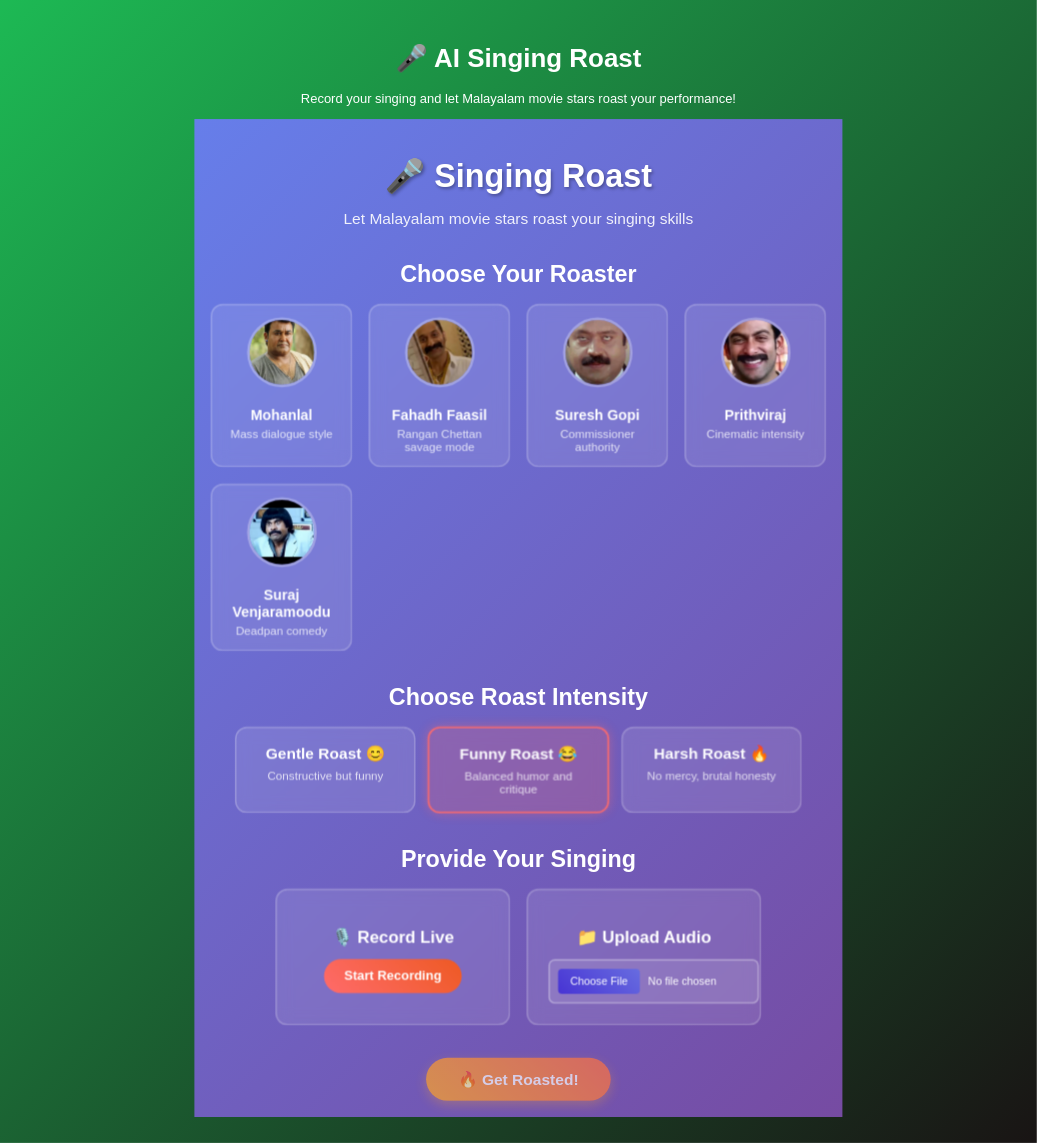
Repository: ashlin311/useless_project_team_gosh
Page: / (app in react-app/)
An editor plug-in stored every save of this project. The page is shown before and after the next save, followed by the edit.
The browser window is 1280 px wide. The pictures show the whole page, at 81% of full size.
The page's requests for data from a server got no answer. The project was rebuilt for these pictures with package versions that can differ from the ones it lists, and the page was loaded fresh each time. No one was signed in, and anything a server would have sent is missing.

Above is the page before, as saved 2025-08-10 10:31:59.

### react-app/public/index.html
<!DOCTYPE html>
<html lang="en">
  <head>
    <meta charset="utf-8" />
    <link rel="icon" href="%PUBLIC_URL%/favicon.ico" />
    <meta name="viewport" content="width=device-width, initial-scale=1" />
    <meta name="theme-color" content="#000000" />
    <meta
      name="description"
      content="Mollywoodify - Let Malayalam cinema stars roast your music taste! AI-powered roasts by Mohanlal, Fahadh Faasil, and more."
    />
    <link rel="apple-touch-icon" href="%PUBLIC_URL%/logo192.png" />
    <!--
      manifest.json provides metadata used when your web app is installed on a
      user's mobile device or desktop. See https://developers.google.com/web/fundamentals/web-app-manifest/
    -->
    <link rel="manifest" href="%PUBLIC_URL%/manifest.json" />
    <!--
      Notice the use of %PUBLIC_URL% in the tags above.
      It will be replaced with the URL of the `public` folder during the build.
      Only files inside the `public` folder can be referenced from the HTML.

      Unlike "/favicon.ico" or "favicon.ico", "%PUBLIC_URL%/favicon.ico" will
      work correctly both with client-side routing and a non-root public URL.
      Learn how to configure a non-root public URL by running `npm run build`.
    -->
    <title>Mollywoodify - Malayalam Stars Roast Your Music</title>
  </head>
  <body>
    <noscript>You need to enable JavaScript to run this app.</noscript>
    <div id="root"></div>
    <!--
      This HTML file is a template.
      If you open it directly in the browser, you will see an empty page.

      You can add webfonts, meta tags, or analytics to this file.
      The build step will place the bundled scripts into the <body> tag.

      To begin the development, run `npm start` or `yarn start`.
      To create a production bundle, use `npm run build` or `yarn build`.
    -->
  </body>
</html>

### react-app/src/components/AudioRoastPage.js
import React, { useState, useRef } from 'react';
import './AudioRoastPage.css';
import AudioDebugHelper from './AudioDebugHelper';

// Import actor images
import mohanlalImg from '../images/mohanlal.webp';
import fahadhImg from '../images/fafa.jpg';
import sureshImg from '../images/suresh.jpeg';
import prithivrajImg from '../images/prithivi.jpg';
import surajImg from '../images/suraj.jpg';

// Import the new audio roasting service
import { generateAudioRoast } from '../services/geminiService';

const AudioRoastPage = ({ onBack }) => {
  const [selectedActor, setSelectedActor] = useState(null);
  const [severity, setSeverity] = useState('funny');
  const [audioFile, setAudioFile] = useState(null);
  const [recording, setRecording] = useState(false);
  const [roastResult, setRoastResult] = useState(null);
  const [loading, setLoading] = useState(false);
  const mediaRecorderRef = useRef(null);
  const audioChunksRef = useRef([]);

  const actors = [
    { id: 'mohanlal', name: 'Mohanlal', image: mohanlalImg, description: 'Mass dialogue style' },
    { id: 'fahadh', name: 'Fahadh Faasil', image: fahadhImg, description: 'Rangan Chettan savage mode' },
    { id: 'suresh', name: 'Suresh Gopi', image: sureshImg, description: 'Commissioner authority' },
    { id: 'prithivraj', name: 'Prithviraj', image: prithivrajImg, description: 'Cinematic intensity' },
    { id: 'suraj', name: 'Suraj Venjaramoodu', image: surajImg, description: 'Deadpan comedy' }
  ];

  const severityOptions = [
    { value: 'gentle', label: 'Gentle Roast 😊', description: 'Constructive but funny' },
    { value: 'funny', label: 'Funny Roast 😂', description: 'Balanced humor and critique' },
    { value: 'harsh', label: 'Harsh Roast 🔥', description: 'No mercy, brutal honesty' }
  ];

  const startRecording = async () => {
    try {
      console.log('🎤 Requesting microphone access...');
      const stream = await navigator.mediaDevices.getUserMedia({
        audio: {
          echoCancellation: true,
          noiseSuppression: true,
          sampleRate: 44100
        }
      });

      console.log('✅ Microphone access granted');

      // Check if MediaRecorder is supported
      if (!MediaRecorder.isTypeSupported('audio/webm')) {
        console.warn('⚠️ audio/webm not supported, trying alternatives...');
      }

      // Try different MIME types for better compatibility
      let options = {};
      if (MediaRecorder.isTypeSupported('audio/webm;codecs=opus')) {
        options.mimeType = 'audio/webm;codecs=opus';
      } else if (MediaRecorder.isTypeSupported('audio/webm')) {
        options.mimeType = 'audio/webm';
      } else if (MediaRecorder.isTypeSupported('audio/mp4')) {
        options.mimeType = 'audio/mp4';
      }

      console.log('🎵 Using MediaRecorder with options:', options);

      mediaRecorderRef.current = new MediaRecorder(stream, options);
      audioChunksRef.current = [];

      mediaRecorderRef.current.ondataavailable = (event) => {
        if (event.data.size > 0) {
          audioChunksRef.current.push(event.data);
          console.log('📊 Audio chunk received, size:', event.data.size);
        }
      };

      mediaRecorderRef.current.onstop = () => {
        console.log('⏹️ Recording stopped, processing audio...');

        // Use the actual MIME type from MediaRecorder
        const mimeType = mediaRecorderRef.current.mimeType || 'audio/webm';
        const audioBlob = new Blob(audioChunksRef.current, { type: mimeType });

        console.log('🎤 Recording details:', {
          mimeType: mimeType,
          size: audioBlob.size,
          chunks: audioChunksRef.current.length
        });

        if (audioBlob.size === 0) {
          alert('Recording failed - no audio data captured. Please try again.');
          return;
        }

        setAudioFile(audioBlob);
        stream.getTracks().forEach(track => track.stop());
        console.log('✅ Audio recording saved successfully');
      };

      mediaRecorderRef.current.onerror = (event) => {
        console.error('❌ MediaRecorder error:', event.error);
        alert('Recording error: ' + event.error);
        setRecording(false);
        stream.getTracks().forEach(track => track.stop());
      };

      mediaRecorderRef.current.start(1000); // Collect data every 1 second
      setRecording(true);
      console.log('🔴 Recording started');

    } catch (error) {
      console.error('❌ Error starting recording:', error);
      let errorMessage = 'Could not start recording. ';

      if (error.name === 'NotAllowedError') {
        errorMessage += 'Please allow microphone access and try again.';
      } else if (error.name === 'NotFoundError') {
        errorMessage += 'No microphone found. Please check your audio devices.';
      } else if (error.name === 'NotSupportedError') {
        errorMessage += 'Audio recording not supported in this browser.';
      } else {
        errorMessage += 'Error: ' + error.message;
      }

      alert(errorMessage);
    }
  };

  const stopRecording = () => {
    if (mediaRecorderRef.current && recording) {
      mediaRecorderRef.current.stop();
      setRecording(false);
    }
  };

  const handleFileUpload = (event) => {
    const file = event.target.files[0];
    if (file) {
      console.log('📁 File upload details:', {
        name: file.name,
        type: file.type,
        size: file.size,
        lastModified: file.lastModified
      });

      // Validate file type
      if (!file.type.startsWith('audio/')) {
        alert('Please upload a valid audio file (MP3, WAV, M4A, OGG, WEBM, etc.)');
        event.target.value = ''; // Clear the input
        return;
      }

      // Check file size (limit to ~25MB for Gemini API)
      if (file.size > 25 * 1024 * 1024) {
        alert('File too large! Please upload an audio file smaller than 25MB.');
        event.target.value = ''; // Clear the input
        return;
      }

      // Check if file is empty
      if (file.size === 0) {
        alert('The selected file is empty. Please choose a valid audio file.');
        event.target.value = ''; // Clear the input
        return;
      }

      console.log('✅ Audio file validation passed');
      setAudioFile(file);
      setRoastResult(null);
    }
  };

  const convertBlobToBase64 = (blob) => {
    return new Promise((resolve, reject) => {
      const reader = new FileReader();
      reader.onloadend = () => {
        try {
          if (!reader.result) {
            throw new Error('FileReader result is null');
          }

          // Check if the result contains base64 data
          if (typeof reader.result !== 'string') {
            throw new Error('FileReader result is not a string');
          }

          // Split on comma and get the base64 part
          const parts = reader.result.split(',');
          if (parts.length < 2) {
            throw new Error('Invalid data URL format');
          }

          const base64 = parts[1];
          if (!base64 || base64.length === 0) {
            throw new Error('Empty base64 data');
          }

          console.log('✅ Successfully converted audio to base64, length:', base64.length);
          resolve(base64);
        } catch (error) {
          console.error('❌ Error in convertBlobToBase64:', error);
          reject(error);
        }
      };
      reader.onerror = (error) => {
        console.error('❌ FileReader error:', error);
        reject(new Error('Failed to read audio file'));
      };
      reader.readAsDataURL(blob);
    });
  };

  const handleGetRoasted = async () => {
    if (!selectedActor || !audioFile) {
      alert('Please select an actor and provide an audio file');
      return;
    }

    setLoading(true);
    setRoastResult(null);

    try {
      // Validate audio file
      if (!audioFile) {
        throw new Error('No audio file provided');
      }

      if (audioFile.size === 0) {
        throw new Error('Audio file is empty');
      }

      if (audioFile.size > 25 * 1024 * 1024) { // 25MB limit for Gemini
        throw new Error('Audio file too large (max 25MB)');
      }

      // Debug logging for audio file
      console.log('🎵 Audio file details:', {
        type: audioFile.type,
        size: audioFile.size,
        name: audioFile.name || 'recorded-audio',
        lastModified: audioFile.lastModified
      });

      // Convert audio file to base64 for Gemini API
      console.log('🔄 Converting audio to base64...');
      const audioBase64 = await convertBlobToBase64(audioFile);

      if (!audioBase64 || audioBase64.length === 0) {
        throw new Error('Failed to convert audio to base64');
      }

      // Log first 100 chars of base64 for debugging
      console.log('🎵 Base64 conversion successful, preview:', audioBase64.slice(0, 100));
      console.log('🎵 Base64 total length:', audioBase64.length);

      console.log('🚀 Sending to Gemini for analysis...');
      const result = await generateAudioRoast(selectedActor, audioBase64, severity);

      if (result.success) {
        console.log('✅ Roast generated successfully');
        setRoastResult({
          roastText: result.roast,
          actor: result.actor,
          severity: result.severity,
          observations: ['Audio successfully analyzed'],
          tips: ['Great job recording!'],
          score: 8
        });
      } else {
        console.log('⚠️ Roast generation failed, using fallback');
        setRoastResult({
          roastText: result.fallbackRoast || 'Sorry, could not analyze your singing right now!',
          observations: ['Audio analysis failed: ' + (result.error || 'Unknown error')],
          tips: ['Try again with a clearer recording', 'Ensure good audio quality'],
          score: null,
          severity: severity
        });
      }
    } catch (error) {
      console.error('❌ Error in handleGetRoasted:', error);
      console.error('Error details:', error.message);
      setRoastResult({
        roastText: `Ayyo, technical issue with the roasting! Error: ${error.message} Try again, ketto! 😅`,
        observations: [`Error occurred: ${error.message}`],
        tips: ['Check your internet connection', 'Try a different audio file', 'Ensure the file is a valid audio format'],
        score: null,
        severity: severity
      });
    } finally {
      setLoading(false);
    }
  };

  const getActorImage = (actorId) => {
    const actor = actors.find(a => a.id === actorId);
    return actor ? actor.image : mohanlalImg;
  };

  const clearAudio = () => {
    setAudioFile(null);
    setRoastResult(null);
  };

  return (
    <div className="audio-roast-page">
      <div className="header">
        <h1>🎤 Singing Roast</h1>
        <p>Let Malayalam movie stars roast your singing skills</p>
      </div>

      {!roastResult ? (
        <div className="setup-section">
          {/* Actor Selection */}
          <div className="actor-selection">
            <h2>Choose Your Roaster</h2>
            <div className="actors-grid">
              {actors.map(actor => (
                <div
                  key={actor.id}
                  className={`actor-card ${selectedActor === actor.id ? 'selected' : ''}`}
                  onClick={() => setSelectedActor(actor.id)}
                >
                  <img src={actor.image} alt={actor.name} />
                  <h3>{actor.name}</h3>
                  <p>{actor.description}</p>
                </div>
              ))}
            </div>
          </div>

          {/* Severity Selection */}
          <div className="severity-selection">
            <h2>Choose Roast Intensity</h2>
            <div className="severity-options">
              {severityOptions.map(option => (
                <div
                  key={option.value}
                  className={`severity-card ${severity === option.value ? 'selected' : ''}`}
                  onClick={() => setSeverity(option.value)}
                >
                  <div className="severity-label">{option.label}</div>
                  <div className="severity-description">{option.description}</div>
                </div>
              ))}
            </div>
          </div>

          {/* Audio Input */}
          <div className="audio-input">
            <h2>Provide Your Singing</h2>
            <div className="audio-options">
              <div className="record-option">
                <h3>🎙️ Record Live</h3>
                {!recording ? (
                  <button onClick={startRecording} className="record-button">
                    Start Recording
                  </button>
                ) : (
                  <button onClick={stopRecording} className="stop-button">
                    Stop Recording ({recording ? '🔴' : ''})
                  </button>
                )}
                {recording && (
                  <div className="recording-indicator">
                    🎤 Recording... Sing something!
                  </div>
                )}
              </div>

              <div className="upload-option">
                <h3>📁 Upload Audio</h3>
                <input
                  type="file"
                  accept="audio/*"
                  onChange={handleFileUpload}
                  className="file-input"
                />
              </div>
            </div>

            {audioFile && (
              <div className="audio-preview">
                <p>✅ Audio ready: {audioFile.name || 'Recorded audio'}</p>
                <button onClick={clearAudio} className="clear-button">
                  Clear Audio
                </button>
              </div>
            )}
          </div>

          {/* Get Roasted Button */}
          <div className="roast-action">
            <button
              onClick={handleGetRoasted}
              disabled={!selectedActor || !audioFile || loading}
              className="roast-button"
            >
              {loading ? '🔥 Analyzing Your Singing...' : '🔥 Get Roasted!'}
            </button>
          </div>
        </div>
      ) : (
        <div className="roast-result">
          <div className="roast-header">
            <img
              src={getActorImage(selectedActor)}
              alt={actors.find(a => a.id === selectedActor)?.name}
              className="roaster-image"
            />
            <div className="roast-info">
              <h2>{actors.find(a => a.id === selectedActor)?.name} says:</h2>
              <div className="severity-badge">{severity} roast</div>
              {roastResult.score !== null && (
                <div className="score-badge">
                  Score: {roastResult.score}/100
                </div>
              )}
            </div>
          </div>

          <div className="roast-content">
            <div className="roast-text">
              {roastResult.roastText}
            </div>

            {roastResult.observations && roastResult.observations.length > 0 && (
              <div className="observations">
                <h3>🎵 Technical Observations:</h3>
                <ul>
                  {roastResult.observations.map((obs, index) => (
                    <li key={index}>{obs}</li>
                  ))}
                </ul>
              </div>
            )}

            {roastResult.tips && roastResult.tips.length > 0 && (
              <div className="tips">
                <h3>💡 Improvement Tips:</h3>
                <ul>
                  {roastResult.tips.map((tip, index) => (
                    <li key={index}>{tip}</li>
                  ))}
                </ul>
              </div>
            )}
          </div>

          <div className="result-actions">
            <button onClick={() => setRoastResult(null)} className="try-again-button">
              🎤 Try Another Recording
            </button>
          </div>
        </div>
      )}
    </div>
  );
};

export default AudioRoastPage;

Loaded but not shown: react-app/src/index.js (common file); react-app/src/index.css (common file); react-app/src/reportWebVitals.js (common file); react-app/src/services/geminiService.js (198 lines, source omitted); react-app/src/components/AudioDebugHelper.js (84 lines, source omitted); react-app/src/App.js (24 lines, source omitted); react-app/src/components/AudioRoastPage.css (451 lines, source omitted); react-app/src/App.css (404 lines, source omitted)

After the next save:
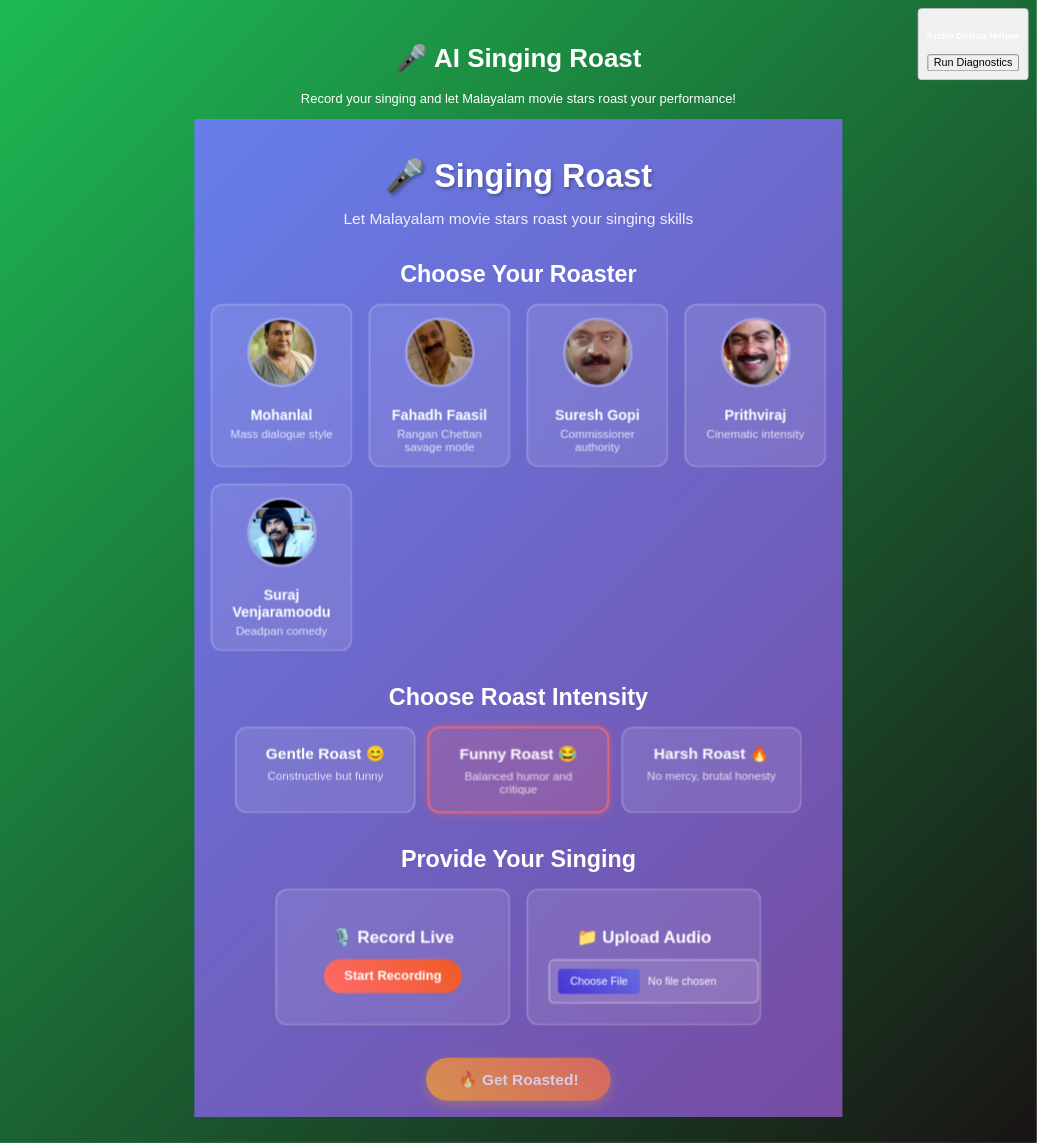
Saved 8 s later.
--- a/react-app/src/components/AudioRoastPage.js
+++ b/react-app/src/components/AudioRoastPage.js
@@ -305,6 +305,7 @@
 
   return (
     <div className="audio-roast-page">
+      <AudioDebugHelper />
       <div className="header">
         <h1>🎤 Singing Roast</h1>
         <p>Let Malayalam movie stars roast your singing skills</p>
